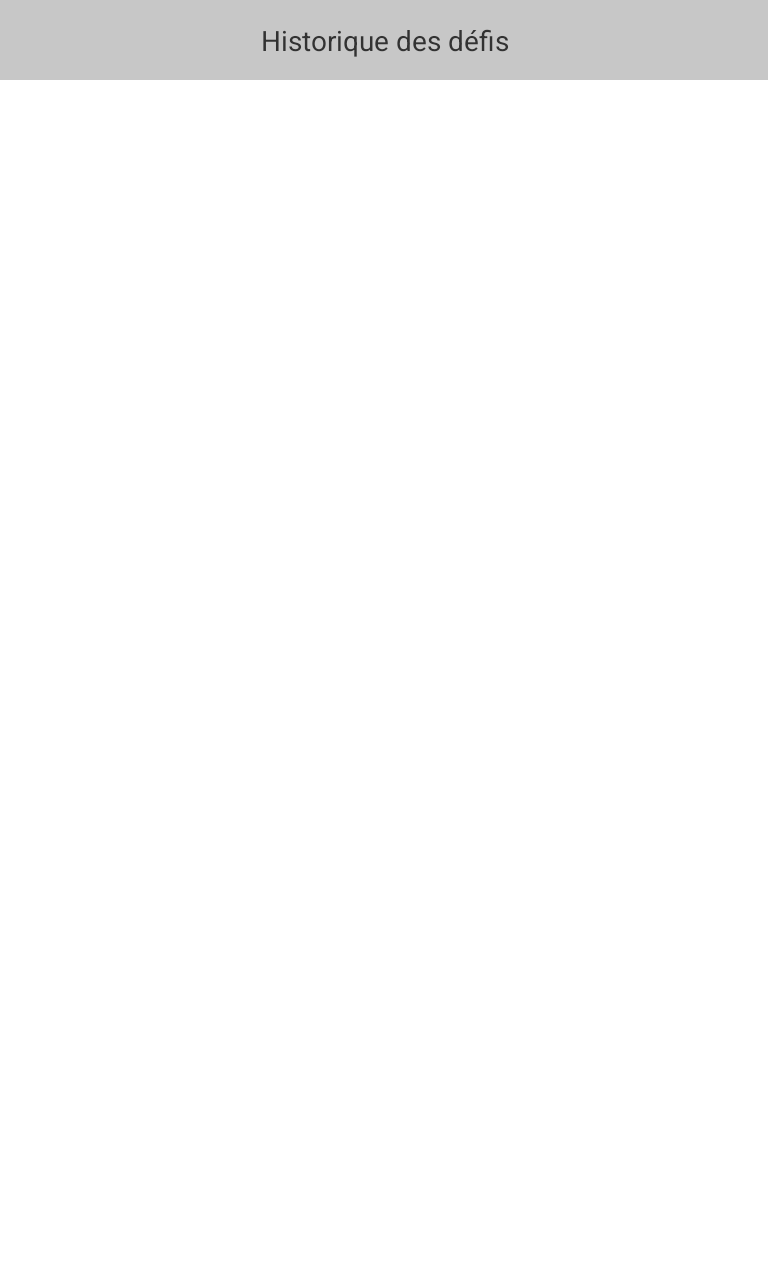
Repository: dekeym/Projet-IHM
Layout: WorkSpace/ChallengeMe/res/layout/fragment_historic.xml
An editor plug-in stored every save of this project. The layout is shown before and after a run of saves, followed by the edit.
It is drawn on a 768 x 1280 px phone screen (xhdpi) without system bars, with theme android:Theme.Holo.Light.DarkActionBar; the app's code is not run. Lists and similar views that code fills are empty.

Above is the layout before, as saved 2014-12-18 00:09:02.

### WorkSpace/ChallengeMe/res/layout/fragment_historic.xml
<?xml version="1.0" encoding="utf-8"?>
<RelativeLayout xmlns:android="http://schemas.android.com/apk/res/android"
    android:layout_width="match_parent"
    android:layout_height="match_parent"
    android:orientation="vertical" >

    <TextView
        android:id="@+id/userHistoryTitle"
        android:layout_width="478dp"
        android:layout_height="40dp"
        android:layout_alignParentLeft="true"
        android:layout_below="@+id/mainTitle"
        android:background="#c7c7c7"
        android:gravity="center"
        android:text="Historique des entraînements"
        android:textSize="14sp" />

    <TextView
        android:id="@+id/teamHistoryTitle"
        android:layout_width="478dp"
        android:layout_height="40dp"
        android:layout_alignParentRight="true"
        android:layout_below="@+id/mainTitle"
        android:background="#c7c7c7"
        android:gravity="center"
        android:text="Historique des défis"
        android:textSize="14sp" />

    <ListView
        android:id="@+id/listUserHistory"
        android:layout_width="match_parent"
        android:layout_height="wrap_content"
        android:layout_above="@+id/history"
        android:layout_alignRight="@+id/userHistoryTitle"
        android:layout_below="@+id/userHistoryTitle" >

    </ListView>

    <ListView
        android:id="@+id/listTeamHistory"
        android:layout_width="match_parent"
        android:layout_height="wrap_content"
        android:layout_above="@+id/history"
        android:layout_alignLeft="@+id/teamHistoryTitle"
        android:layout_alignParentRight="true"
        android:layout_alignTop="@+id/listUserHistory" >

    </ListView>

</RelativeLayout>

After the next 2 saves:
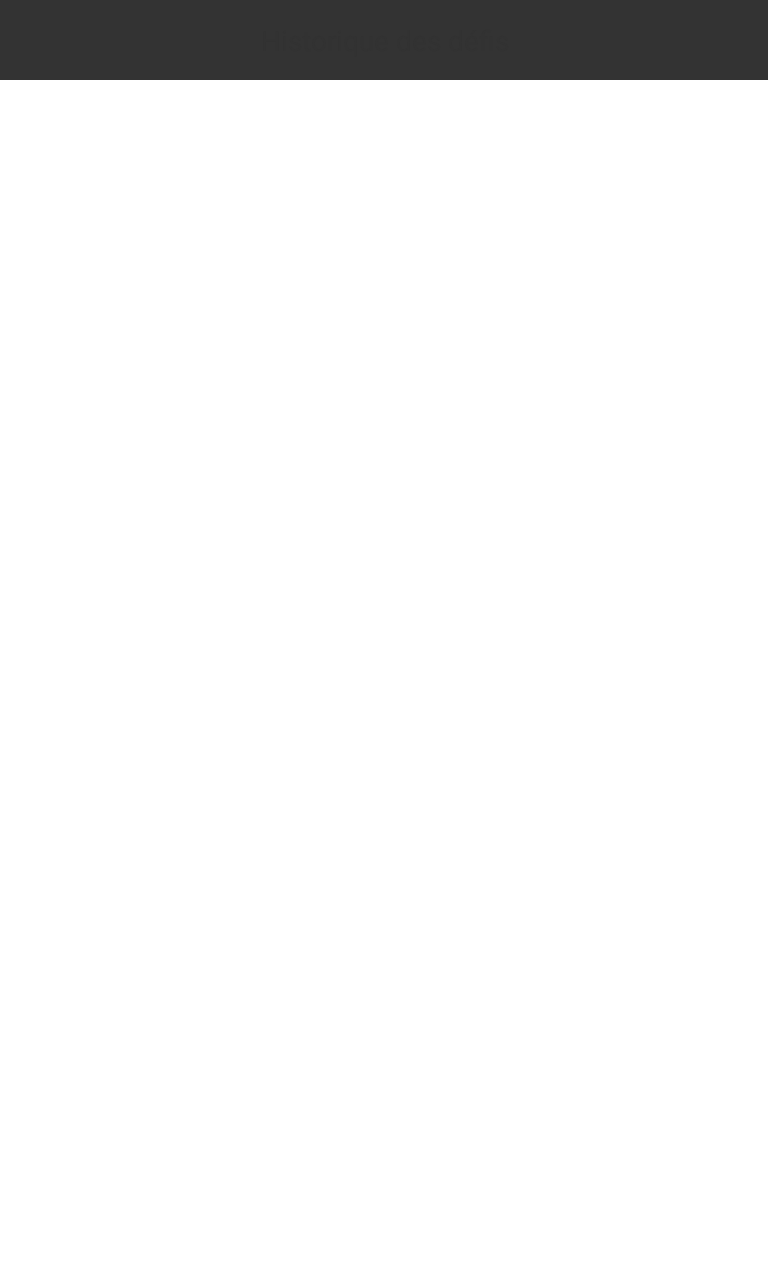
The 2 saves are shown as one change because 1 did not build or start.
The last was saved 39 s later.
--- a/WorkSpace/ChallengeMe/res/layout/fragment_historic.xml
+++ b/WorkSpace/ChallengeMe/res/layout/fragment_historic.xml
@@ -10,7 +10,7 @@
         android:layout_height="40dp"
         android:layout_alignParentLeft="true"
         android:layout_below="@+id/mainTitle"
-        android:background="#c7c7c7"
+        android:background="#333333"
         android:gravity="center"
         android:text="Historique des entraînements"
         android:textSize="14sp" />
@@ -21,7 +21,7 @@
         android:layout_height="40dp"
         android:layout_alignParentRight="true"
         android:layout_below="@+id/mainTitle"
-        android:background="#c7c7c7"
+        android:background="#333333"
         android:gravity="center"
         android:text="Historique des défis"
         android:textSize="14sp" />
